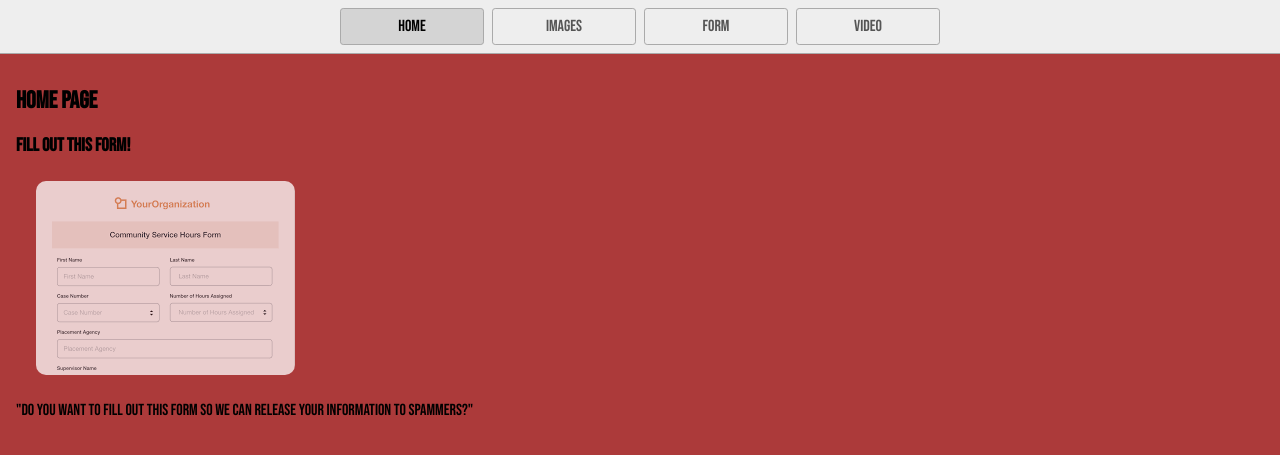
Repository: sebas6292/palmTree-Final
Page: Home.html
An editor plug-in stored every save of this project. The page is shown before and after the next save, followed by the edit.
The browser window is 1280 px wide. The pictures show the whole page.

Above is the page before, as saved 2023-06-03 11:35:22.

### Home.html
<!DOCTYPE html>
<html lang="en">
  <head>
    <title>Jeff's Final</title>
    <meta charset="UTF-8" />
    <meta name="viewport" content="width=device-width" />
  <link rel="icon" href="/Assets/favicon.jpg" type="image/x-icon">
    <link rel="preconnect" href="https://fonts.googleapis.com">
    <link rel="preconnect" href="https://fonts.gstatic.com" crossorigin>
    <link href="https://fonts.googleapis.com/css2?family=Bebas+Neue&display=swap" rel="stylesheet">
    <link rel="stylesheet" href="styles.css" />
  </head>
  <body>
    <nav>
      <a href="/Home.html" aria-current="page">Home</a>
      <a href="/Images.html">Images</a>
      <a href="/Form.html">Form</a>
      <a href="/Video.html">Video</a>
    </nav>
    <main>
      <h1>Home page</h1>
      <div>
        <h3>Fill out this Form!</h3>
        <a
          href="/Form.html"
        >
          <img src="./Assets/form.png" />
        </a>
        <p>"Do you want to fill out this form so we can release your information to spammers?"</p>
      </div>
    </main>

  </body>
</html>

### styles.css
* {
    box-sizing: border-box;
  }

  body {
    margin: 0;
    font-family: 'Bebas Neue', sans-serif;
    color: black;
    background-color: white;
  }
  @keyframes body {
    0%   {background-color: white;}
    25%  {background-color: brown}
    50%  {background-color: purple;}
    100% {background-color: black;}
  }
  body {
    background-color: white;
    animation-name: body;
    animation-duration: 30s;
  }

  nav {
    display: flex;
    flex-wrap: wrap;
    align-items: center;
    justify-content: center;
    padding: 0.5rem;
    gap: 0.5rem;
    border-bottom: solid 1px #aaa;
    background-color: #eee;
  }

  nav a {
    display: inline-block;
    min-width: 9rem;
    padding: 0.5rem;
    border-radius: 0.2rem;
    border: solid 1px #aaa;
    text-align: center;
    text-decoration: none;
    color: #555;
  }

  nav a[aria-current='page'] {
    color: #000;
    background-color: #d4d4d4;
  }

  main {
    padding: 1rem;
  }

  h1 {
    font-weight: bold;
    font-size: 1.5rem;
  }
  .form-title {
    margin-left: 57px;
    color: whitesmoke;
    padding-top: 15px;
  }

  .bg-img {
    background-image: url('/Assets/pier2.jpeg');
    height: 500px;
    border-radius: 10px;
  }

  .form-container {
    position: absolute;
    margin: 0 0 0 40px;
    max-width: 400px;
    padding: 24px;
    background-color: whitesmoke;
    border-radius: 10px;
  }
  input[type=text], input[type=password], input[id=comment] {
    width: 100%;
    padding: 10px;
    border: none;
    background: #f1f1f1;
    border-radius: 5px;
  }
  .btn {
    background-color: #04AA6D;
    color: white;
    margin-bottom: .5rem ;
    padding: 5px 0 5px 0;
    border: none;
    cursor: pointer;
    border-radius: 5px;
    width: 100%;
    opacity: 0.75;
  }
  .btn:hover {
    opacity: 1;
  }
  img {
    border-radius: 10px;
    margin: 5px 0 5px 20px;
    opacity: .75;
  }
  img:hover {
    opacity: 1;
    width: 300px;
  }
  .video-title {
   margin: 0px 0 0 20px;
   padding-top: 20px;
  }

  video {
    margin: 20px 0 0 15px;
    border-radius: 10px;
  }

After the next save:
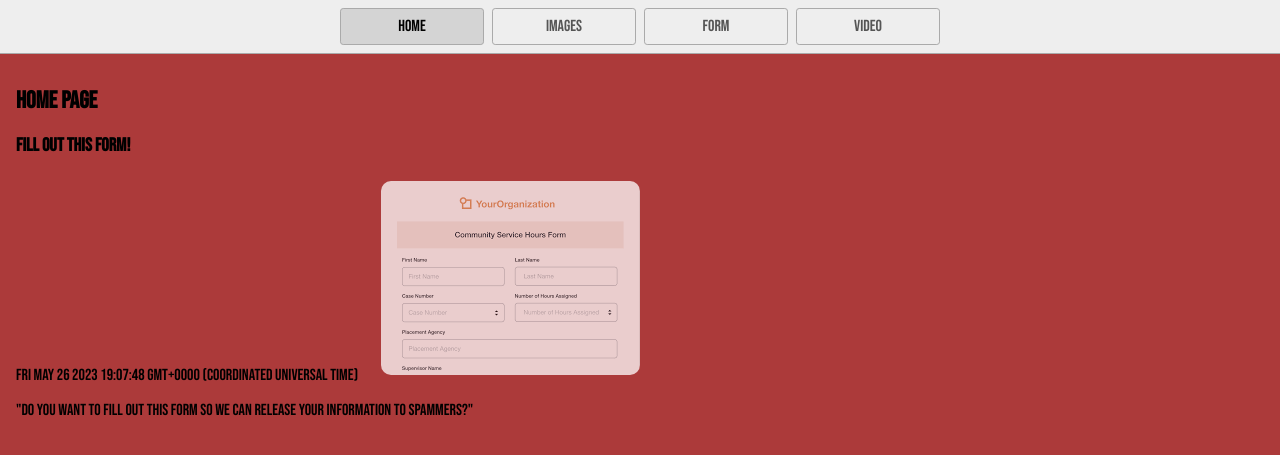
Saved 7 s later.
--- a/Home.html
+++ b/Home.html
@@ -21,6 +21,9 @@
       <h1>Home page</h1>
       <div>
         <h3>Fill out this Form!</h3>
+        <script>
+          document.write(Date())
+        </script>
         <a
           href="/Form.html"
         >
